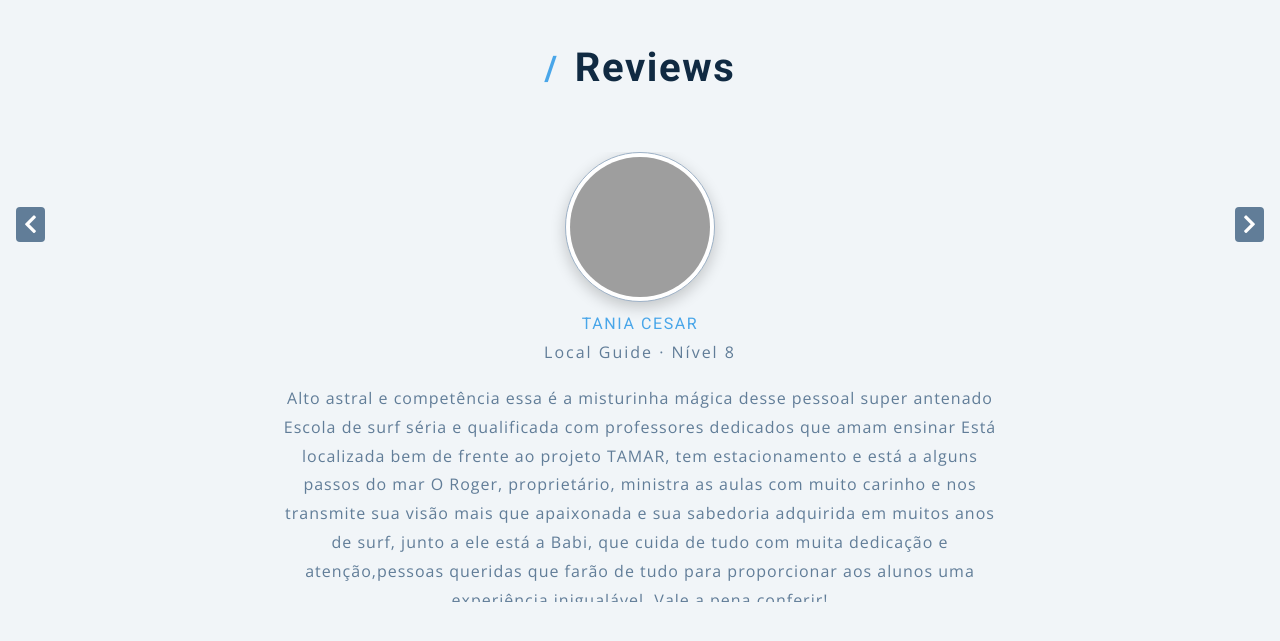
Repository: araguaci/floripasurfclub-reviews
Page: index.html
An editor plug-in stored every save of this project. The page is shown before and after the next save, followed by the edit.
The browser window is 1280 px wide. The pictures show the whole page.
Pictures or frames that could not be fetched are drawn as grey boxes. Some web libraries are served in a nearby version.

Above is the page before, as saved 2021-08-23 20:41:55.

### index.html
<!DOCTYPE html>
<html lang="en">
  <head>
    <meta charset="UTF-8" />
    <meta name="viewport" content="width=device-width, initial-scale=1.0" />
    <title>ES6 Slider</title>
    <!-- font-awesome -->
    <link
      rel="stylesheet"
      href="https://cdnjs.cloudflare.com/ajax/libs/font-awesome/5.14.0/css/all.min.css"
    />

    <!-- stylesheet -->
    <link rel="stylesheet" href="styles.css" />
  </head>
  <body>
    <section class="slider">
      <div class="reviews">
        <h2><span>/</span>reviews</h2>
      </div>
      <div class="slide-container">
        <!-- <article class="slide">
          <img
            src="https://res.cloudinary.com/diqqf3eq2/image/upload/c_scale,w_200/v1595959121/person-1_aufeoq.jpg"
            class="img"
            alt="peter doe"
          />
          <h4>peter doe</h4>
          <p class="title">product designer</p>
          <p class="text">
            Lorem ipsum dolor sit amet consectetur adipisicing elit. Quidem quo
            eius recusandae officia voluptas sint deserunt dicta nihil nam
            omnis?
          </p>
          <div class="quote-icon">
            <i class="fas fa-quote-right"></i>
          </div>
        </article> -->
      </div>
      <!-- buttons -->
      <!-- prev btn -->
      <button class="btn prev-btn">
        <i class="fas fa-chevron-left"></i>
      </button>
      <!-- next button -->
      <button class="btn next-btn">
        <i class="fas fa-chevron-right"></i>
      </button>
    </section>
    <script type="module" src="app.js"></script>
  </body>
</html>

### styles.css
/*
===============
Fonts
===============
*/
@import url("https://fonts.googleapis.com/css?family=Open+Sans|Roboto:400,700&display=swap");

/*
===============
Variables
===============
*/

:root {
  /* dark shades of primary color*/
  --clr-primary-1: hsl(205, 86%, 17%);
  --clr-primary-2: hsl(205, 77%, 27%);
  --clr-primary-3: hsl(205, 72%, 37%);
  --clr-primary-4: hsl(205, 63%, 48%);
  /* primary/main color */
  --clr-primary-5: hsl(205, 78%, 60%);
  /* lighter shades of primary color */
  --clr-primary-6: hsl(205, 89%, 70%);
  --clr-primary-7: hsl(205, 90%, 76%);
  --clr-primary-8: hsl(205, 86%, 81%);
  --clr-primary-9: hsl(205, 90%, 88%);
  --clr-primary-10: hsl(205, 100%, 96%);
  /* darkest grey - used for headings */
  --clr-grey-1: hsl(209, 61%, 16%);
  --clr-grey-2: hsl(211, 39%, 23%);
  --clr-grey-3: hsl(209, 34%, 30%);
  --clr-grey-4: hsl(209, 28%, 39%);
  /* grey used for paragraphs */
  --clr-grey-5: hsl(210, 22%, 49%);
  --clr-grey-6: hsl(209, 23%, 60%);
  --clr-grey-7: hsl(211, 27%, 70%);
  --clr-grey-8: hsl(210, 31%, 80%);
  --clr-grey-9: hsl(212, 33%, 89%);
  --clr-grey-10: hsl(210, 36%, 96%);
  --clr-white: #fff;
  --clr-red-dark: hsl(360, 67%, 44%);
  --clr-red-light: hsl(360, 71%, 66%);
  --clr-green-dark: hsl(125, 67%, 44%);
  --clr-green-light: hsl(125, 71%, 66%);
  --clr-black: #222;
  --ff-primary: "Roboto", sans-serif;
  --ff-secondary: "Open Sans", sans-serif;
  --transition: all 0.3s linear;
  --spacing: 0.1rem;
  --radius: 0.25rem;
  --light-shadow: 0 5px 15px rgba(0, 0, 0, 0.1);
  --dark-shadow: 0 5px 15px rgba(0, 0, 0, 0.2);
  --max-width: 1170px;
  --fixed-width: 620px;
}
/*
===============
Global Styles
===============
*/

*,
::after,
::before {
  margin: 0;
  padding: 0;
  box-sizing: border-box;
}
body {
  font-family: var(--ff-secondary);
  background: var(--clr-grey-10);
  color: var(--clr-grey-1);
  line-height: 1.5;
  font-size: 0.875rem;
}
ul {
  list-style-type: none;
}
a {
  text-decoration: none;
}
h1,
h2,
h3,
h4 {
  letter-spacing: var(--spacing);
  text-transform: capitalize;
  line-height: 1.25;
  margin-bottom: 0.75rem;
  font-family: var(--ff-primary);
}
h1 {
  font-size: 3rem;
}
h2 {
  font-size: 2rem;
}
h3 {
  font-size: 1.25rem;
}
h4 {
  font-size: 0.875rem;
}
p {
  margin-bottom: 1.25rem;
  color: var(--clr-grey-5);
}
@media screen and (min-width: 800px) {
  h1 {
    font-size: 4rem;
  }
  h2 {
    font-size: 2.5rem;
  }
  h3 {
    font-size: 1.75rem;
  }
  h4 {
    font-size: 1rem;
  }
  body {
    font-size: 1rem;
  }
  h1,
  h2,
  h3,
  h4 {
    line-height: 1;
  }
}

.section-center {
  width: 90vw;
  margin: 0 auto;
  max-width: 1170px;
}
@media screen and (min-width: 992px) {
  .section-center {
    width: 95vw;
  }
}
main {
  min-height: 100vh;
  display: grid;
  place-items: center;
}

/*
===============
Slider Styles
===============
*/
section {
  width: 85vw;
  margin: 0 auto;
  margin-top: 2rem;
  text-align: center;
  padding: 1rem 0;
  /* set relative for buttons */
  position: relative;
}
.reviews {
  margin-bottom: 4rem;
}
.reviews h2 {
  display: flex;
  align-items: center;
  justify-content: center;
}
.reviews span {
  font-size: 0.85em;
  color: var(--clr-primary-5);
  margin-right: 1rem;
}
.img {
  width: 150px;
  height: 150px;
  object-fit: cover;
  border: 1px solid var(--clr-grey-7);
  background: var(--clr-white);
  padding: 0.25rem;
  border-radius: 50%;
  box-shadow: var(--dark-shadow);
}
h4 {
  text-transform: uppercase;
  font-weight: 500;
  color: var(--clr-primary-5);
  letter-spacing: var(--spacing);
  margin: 0.5rem 0;
}
.title {
  margin-bottom: 1.25rem;
  letter-spacing: 2px;
  text-transform: capitalize;
}
.text {
  color: var(--clr-grey-5);
  line-height: 1.8;
  max-width: 45em;
  margin: 0 auto;
  letter-spacing: 1px;
}

.icon:hover {
  transform: scale(1.1);
  opacity: 0.8;
}
.quote-icon {
  font-size: 3rem;
  margin-top: 2rem;
  color: var(--clr-primary-5);
}
/* set buttons */
.btn {
  position: absolute;
  top: 175px;
  background: var(--clr-grey-5);
  color: var(--clr-white);
  padding: 0.25rem 0.35rem;
  border-radius: 0.25rem;
  border: transparent;
  cursor: pointer;
}
.next-btn {
  right: -0.5rem;
}
.prev-btn {
  left: -0.5rem;
}
@media screen and (min-width: 768px) {
  .next-btn {
    right: -5rem;
  }
  .prev-btn {
    left: -5rem;
  }
  .btn {
    font-size: 1.3rem;
    padding: 0.35rem 0.5rem;
  }
  .quote-icon {
    font-size: 4rem;
  }
}

/* MORE CSS FOR JS */

.slide-container {
  display: flex;
  position: relative;
  height: 450px;
  overflow: hidden;
}

.slide {
  position: absolute;
  top: 0;
  left: 0;
  width: 100%;
  height: 100%;
  transition: all 0.3s ease-in-out;
  opacity: 0;
}
.slide.active {
  opacity: 1;
  transform: translateX(0);
}
.slide.next {
  transform: translateX(100%);
}
.slide.last {
  transform: translateX(-100%);
}

### app.js
import data from "./data.js";
const container = document.querySelector(".slide-container");
const nextBtn = document.querySelector(".next-btn");
const prevBtn = document.querySelector(".prev-btn");
// if length is 1 hide buttons
if (data.length === 1) {
  nextBtn.style.display = "none";
  prevBtn.style.display = "none";
}
// if length is 2, add copies of slides
let people = [...data];
if (data.length === 2) {
  people = [...data, ...data];
}
container.innerHTML = people
  .map((person, slideIndex) => {
    const { img, name, job, text } = person;
    let position = "next";
    if (slideIndex === 0) {
      position = "active";
    }
    if (slideIndex === people.length - 1) {
      position = "last";
    }
    if (data.length <= 1) {
      position = "active";
    }
    return `<article class="slide ${position}">
  <img src=${img} class="img" alt="${name}"/>
  <h4>${name}</h4>
  <p class="title">${job}</p>
  <p class="text">
   ${text}
  </p>
<div class="quote-icon">
<i class="fas fa-quote-right"></i>
</div>
 </article>`;
  })
  .join("");

const startSlider = (type) => {
  // get all three slides active,last next
  const active = document.querySelector(".active");
  const last = document.querySelector(".last");
  let next = active.nextElementSibling;
  if (!next) {
    next = container.firstElementChild;
  }
  active.classList.remove(["active"]);
  last.classList.remove(["last"]);
  next.classList.remove(["next"]);

  if (type === "prev") {
    active.classList.add("next");
    last.classList.add("active");
    next = last.previousElementSibling;
    if (!next) {
      next = container.lastElementChild;
    }
    next.classList.remove(["next"]);
    next.classList.add("last");
    return;
  }
  active.classList.add("last");
  last.classList.add("next");
  next.classList.add("active");
};
nextBtn.addEventListener("click", () => {
  startSlider();
});
prevBtn.addEventListener("click", () => {
  startSlider("prev");
});

### data.js
const people = [
  {
    img:
      "https://lh3.googleusercontent.com/a-/AOh14Giu0kiWyS2TqMwVEJ1al1_fpSVvwjTqir82_8H4-A=w60-h60-p-rp-mo-ba6-br100",
    name: "Tania Cesar",
    job: "Local Guide · Nível 8",
    text: `Alto astral e competência essa é a misturinha mágica desse pessoal super antenado
    Escola de surf séria e qualificada com professores dedicados que amam ensinar
    Está localizada bem de frente ao projeto TAMAR, tem estacionamento e está a alguns passos do mar
    O Roger, proprietário, ministra as aulas com muito carinho e nos transmite sua visão mais que apaixonada e sua sabedoria adquirida em muitos anos de surf, junto a ele está a Babi, que cuida de tudo com muita dedicação e atenção,pessoas queridas que farão de tudo para proporcionar aos alunos uma experiência inigualável.
    Vale a pena conferir!`,
  },
  {
    img:
      "https://lh3.googleusercontent.com/a-/AOh14GiYjYRznwekXx5B-5pkouNsyKt9njs5WctHDGFmWQI=w60-h60-p-rp-mo-br100",
    name: "Cesar Lopes",
    job: "Local Guide · Nível 2",
    text: `A aula é excelente, tudo em volta favorece, local, professor e material. Recomendo bastante`,
  },
  {
    img:
      "https://lh3.googleusercontent.com/a-/AOh14GgDzGFLzrlMZXo79mGsCE17A-hisYfwxj4CTLlsgg=w60-h60-p-rp-mo-ba4-br100",
    name: "Jaqueline Muniz",
    job: "Local Guide · Nível 6",
    text: `Manhã sensacional de surf graças ao Roger e a equipe do Floripa Surf Club! Fomos super bem acolhidos e instruídos. Os equipamentos são novíssimos e de ótima qualidade! Valeu demais!!`,
  },
  {
    img:
      "https://lh3.googleusercontent.com/a-/AOh14Gh6XkPmODM_cSEtolbGRLu3ikdT2PHd3dcjLbnArw=w60-h60-p-rp-mo-ba5-br100",
    name: "M. M. Leal",
    job: "Local Guide · Nível 7",
    text: `Essa escola é simplesmente incrível!!  A cada aula me sinto mais segura e mais confortável mas ondas, logo no primeiro dia já consegui ficar em pé na prancha! Eles tem vários tamanhos de prancha disponíveis e todo o material necessário. As aulas são profissionais e tudo com muito respeito, paciência e didática você se diverte, aprende e se conecta com a natureza e as ondas. Altamente recomendado!!`,
  },
  {
    img:
      "https://lh3.googleusercontent.com/a-/AOh14Gh8OcfW8UpBhIn2HgTVwjr2IgwT1A-fHR8t4rLNXQ=w60-h60-p-rp-mo-ba5-br100",
    name: "Natan Morette",
    job: "Local Guide · Nível 7",
    text: `Roger foi um excelente professor. Aulas muito boas, auto astral de mais. Aprendi a verdadeira essência do surf e me diverti muito. Além de ter evoluído de mais o meu nível de surf`,
  },
  {
    img:
      "https://lh3.googleusercontent.com/a-/AOh14GjHWM6SS1DVT6zLS50jgyPwNiRUPS9-ZbThNKiV5wY=w60-h60-p-rp-mo-br100",
    name: "ISABEL FAGUNDES",
    job: "",
    text: `Simplesmente Maravilhoso! Profs atenciosos e de ótima comunicação! Realmente amam o surf!  Minha filha fez a aula e super amou! Realização! Obrigada e parabéns!`,
  },
  {
    img:
      "https://lh3.googleusercontent.com/a/AATXAJxMuxno1G7MPdT0GL03WJO0U0C4l-refb-5gti_=w60-h60-p-rp-mo-br100",
    name: "Vinícius Pavan",
    job: "",
    text: `Entrei para uma escola de surf e ganhei uma família para a prática do esporte. Tudo impecável em cada detalhe e em poucas aulas a evolução foi muito grande.
    A equipe é incrível, especialmente o Roger que nos pegou pela mão e ensinou cada detalhe não apenas técnico como comportamental, ético moral do surf. Só tenho a agradecer!!`,
  },
  {
    img:
      "https://lh3.googleusercontent.com/a-/AOh14Gjdgf3fnxikdAAKotnWX4N-AfRUTeGsV2paQeAbHg=w60-h60-p-rp-mo-br100",
    name: "Leonardo",
    job: "",
    text: `Aulas muito boas e excelentes profissionais. Todos estão de parabéns pelo trabalho e pela energia dentro e fora da água. Valeu, galera!`,
  },
  {
    img:
      "https://lh3.googleusercontent.com/a-/AOh14GgYC2TEO3bykkbIRnAGhidciWzA_bbK2IwqC7jv-Q=w60-h60-p-rp-mo-br100",
    name: "Vinicius Paulino",
    job: "",
    text: `Além dos equipamentos de qualidade os ensinamentos praticos, teoricos e a vibe dos professores garetem o surf na sua essência com seguranca evolucao e diversão garantida...`,
  },
  {
    img:
      "https://lh3.googleusercontent.com/a-/AOh14GgBeeZeJouQSUSck3TaOql5MmivzKjsEiM6b6gBKw=w60-h60-p-rp-mo-br100",
    name: "Lafayette Baesso",
    job: "",
    text: `Sem palavras. Tive aula com o Roger e ele é um professor excepcional. Se você está em dúvida, confia. Eu recomendaria até para a minha vó hahaha`,
  },
  {
    img:
      "https://lh3.googleusercontent.com/a-/AOh14GgIEiEbekl7n1jcIFaYW8tIN4aDMkPyKZjRgtdEeA=w60-h60-p-rp-mo-br100",
    name: "Céu do Momento - Astrologia no seu dia a dia",
    job: "",
    text: `É o Guilherme aqui! Nossa senhora as aulas do Floripa Surf Club são SENSACIONAIS! Cheguei a pouco tempo em Floripa e fui super bem recibido pelos professores... Roger e Leo obrigado pelo alto astral e por cada aula incrível... Surf está se tornando minha paixão!! Gratidão imensa!!`,
  },
  {
    img:
      "https://lh3.googleusercontent.com/a-/AOh14GjyLIO18HSIUwV_6_YzdPu2li3c8bXKtV5DYDLQWA=w60-h60-p-rp-mo-br100",
    name: "Guilherme Sperandio",
    job: "",
    text: `Super recomendo as aulas do Roger e do Léo. Eles focam nos detalhes que cada iniciante precisa e a energia da aula é fantástica. Podem confiar que vale muito a pena. Gratidão, Roger e turma.`,
  },
  {
    img:
      "https://lh3.googleusercontent.com/a-/AOh14GgIvz6sGDumpCZobrTJK8TXte5bTZ2y8ftCMyXzxA=w60-h60-p-rp-mo-br100",
    name: "Ligia Salermo",
    job: "",
    text: `Professor ótimo, pessoal super gentil e simpático, fui bem atendida, lugar para trocar para mulheres bem reservado, me emprestaram cadeira de praia, tudo isso extra à aula de surf que foi excelente! Indico com certeza`,
  }
];

export default people;

After the next save:
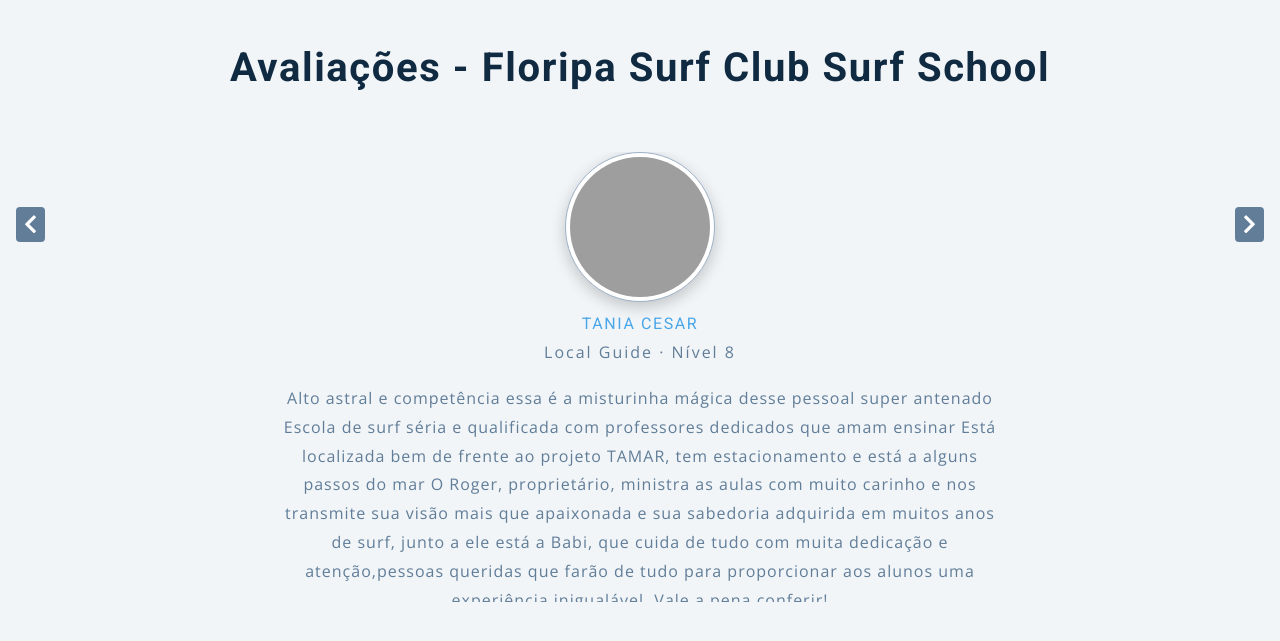
Saved 3 min 34 s later.
--- a/index.html
+++ b/index.html
@@ -3,7 +3,24 @@
   <head>
     <meta charset="UTF-8" />
     <meta name="viewport" content="width=device-width, initial-scale=1.0" />
-    <title>ES6 Slider</title>
+    <title>Avaliações - Floripa Surf Club Surf School</title>
+    <meta name="viewport"
+      content="Floripa Surf Club Surf School
+        🌊 a escola que ensina a surfar na praia com ondas perfeitas para iniciantes 🌊
+        🌊 Surf School and Trips 🏄‍♀️🏄
+        🌊 Free Surf 🌎 Barra da Lagoa 🌊
+        🌊 Em frente ao Projeto Tamar 🌊
+        Santa Catarina - Brasil "
+    />
+    <meta name="description"
+      content="Floripa Surf Club Surf School
+        🌊 a escola que ensina a surfar na praia com ondas perfeitas para iniciantes 🌊
+        🌊 Surf School and Trips 🏄‍♀️🏄
+        🌊 Free Surf 🌎 Barra da Lagoa 🌊
+        🌊 Em frente ao Projeto Tamar 🌊
+        Santa Catarina - Brasil "
+    />
+    <link rel="shortcut icon" type="image/x-icon" href="./favicon.ico" />
     <!-- font-awesome -->
     <link
       rel="stylesheet"
@@ -16,7 +33,7 @@
   <body>
     <section class="slider">
       <div class="reviews">
-        <h2><span>/</span>reviews</h2>
+        <h2>Avaliações - Floripa Surf Club Surf School</h2>
       </div>
       <div class="slide-container">
         <!-- <article class="slide">
